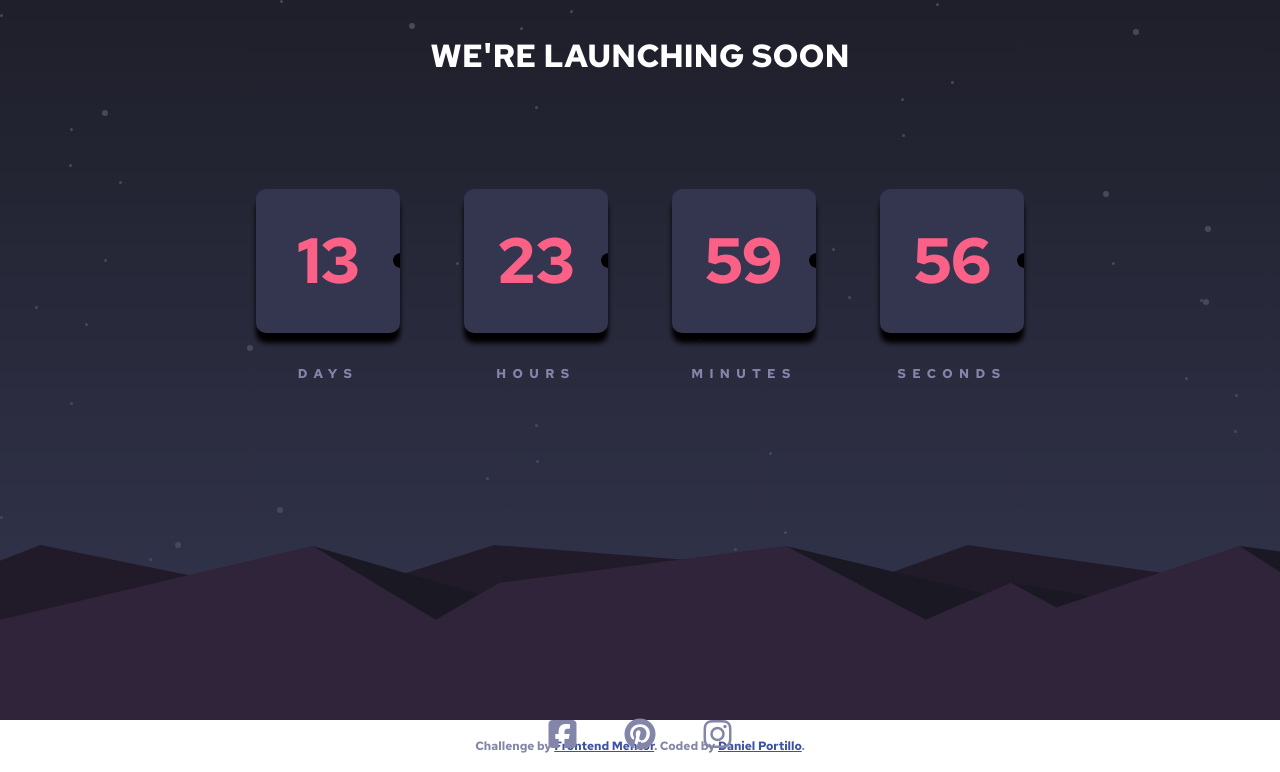
Repository: dportillo23/launch-countdown-timer-main
Page: index.html
These files come from the project's save history. The page is drawn as it stood at one moment and after the next save; the edit follows.
The browser window is 1280 px wide. The pictures show the whole page.
Some web libraries are served in a nearby version. The style sheet was rebuilt from its Sass, Less or Tailwind sources for each picture, by a compiler version that may differ from the author's.

Above is the page before, as saved 2021-06-28 17:15:19.

### index.html
<!DOCTYPE html>
<html lang="en">

<head>
  <meta charset="UTF-8">
  <meta name="viewport" content="width=device-width, initial-scale=1.0">

  <!-- displays site properly based on user's device -->
  <link rel="stylesheet" href="style.css">
  <link rel="icon" type="image/png" sizes="32x32" href="./images/favicon-32x32.png">

  <!-- Fontawesome connection -->
  <script src="https://kit.fontawesome.com/22e099610c.js" crossorigin="anonymous"></script>
  <link rel="stylesheet" href="path/to/font-awesome/css/font-awesome.min.css">

  <!-- Google fonts -->
  <link rel="preconnect" href="https://fonts.gstatic.com">
  <link href="https://fonts.googleapis.com/css2?family=Red+Hat+Text:wght@700&display=swap" rel="stylesheet">

  <title>Frontend Mentor | Launch countdown timer</title>

</head>

<body>
  <div class="header">
    <div class="container">

      <h1 class="title">We're launching soon</h1>

      <!-- Cards Section -->
      <div class="cards--section">

        <!-- Days card -->
        <div class="cards--container">
          <div class="card--number--container days" id="days">
            14
          </div>
          <h3 class="card--subtitle">Days</h3>
        </div>

        <!-- Hours card -->
        <div class="cards--container">
          <div class="card--number--container front  hours" id="hours">
            00
          </div>
          <h3 class="card--subtitle">Hours</h3>
        </div>

        <!-- Minutes card -->
        <div class="cards--container">
          <div class="card--number--container  minutes" id="minutes">
            00
          </div>
          <h3 class="card--subtitle">Minutes</h3>
        </div>

        <!-- Seconds card -->
        <div class="cards--container">
          <div class="card--number--container seconds" id="seconds">
           00
          </div>
          <h3 class="card--subtitle">Seconds</h3>
        </div>
      </div>

      <!-- Social media icons section -->
      <div class="social--container">
        <img src="./images/pattern-hills.svg" alt="hills" srcset="">
        <a href=""><i class="fab fa-facebook-square"></i></a></i><a href=""><i class="fab fa-pinterest"></i></a><a
          href=""><i class="fab fa-instagram"></i></a></div>
    </div>
  </div>

<!-- Footer -->
  <footer>
    <div class="attribution">
      Challenge by <a href="https://www.frontendmentor.io?ref=challenge" target="_blank">Frontend Mentor</a>.
      Coded by <a href="https://dportillo23.github.io/My-Personal-Site/">Daniel Portillo</a>.
    </div>
  </footer>

  <script src="app.js"></script>
</body>

</html>

### app.js
// Constants and DOM objects
const seconds = 1000;
const minutes = seconds * 60;
const hours = minutes * 60;
const days = hours * 24;

//  Timer elements
const timeDays = document.getElementById("days");
const timeHours = document.getElementById("hours");
const timeMinutes = document.getElementById("minutes");
const timeSeconds = document.getElementById("seconds");

// Cards Elements
const daysContainer = document.querySelector(".days");
const hoursContainer = document.querySelector(".hours");
const minutesContainer = document.querySelector(".minutes");
const secondsContainer = document.querySelector(".seconds");


// Functions
function difference(endTime, startTime) {
    return endTime - startTime;
}

function addLeadingZero(num) {
    if (num < 10) {
        num = "0" + num;
    }
    return num;
}


function flipCard(card) {
    card.classList.toggle("flipped");
}


//  Interval to make the countdown
var counter = 0
var leftTime = {
    d: [],
    h: [],
    m: [],
    s: [],
}

const finish = new Date();
finish.setDate(finish.getDate() + 14);

// Start countdown
setInterval(() => {
    const actualTime = new Date();
    const timeDifference = difference(finish, actualTime);

    if (counter === 0) {
        leftTime = {
            d: [Math.floor(timeDifference / days), Math.floor(timeDifference / days)],
            h: [Math.floor((timeDifference % days)/ hours ), Math.floor((timeDifference % days)/ hours )],
            m: [Math.floor((timeDifference % hours) / minutes), Math.floor((timeDifference % hours) / minutes)],
            s: [Math.floor((timeDifference % minutes) / seconds) + 1, Math.floor((timeDifference % minutes) / seconds) + 1],
        }

    } else {
        leftTime = {
            d: [Math.floor(timeDifference / days), leftTime.d[0]],
            h: [Math.floor((timeDifference % days)/ hours ), leftTime.h[0]],
            m: [Math.floor((timeDifference % hours) / minutes), leftTime.m[0]],
            s: [Math.floor((timeDifference % minutes) / seconds) + 1, leftTime.s[0]],
        }
    }


    // Add leading zero if needed
    for (const item in leftTime) {
        leftTime[item] = leftTime[item].map(num => addLeadingZero(num))
    }


    //  Change numbers in HTML
    timeDays.innerHTML = leftTime.d[0];
    timeHours.innerHTML = leftTime.h[0];
    timeMinutes.innerHTML = leftTime.m[0];
    timeSeconds.innerHTML = leftTime.s[0];

    counter += 1

    console.log(leftTime)

}, 1000);

### style.scss
*, *::before, *::after {
    box-sizing: border-box;
    margin: 0;
}

$col-ppal: hsl(237, 18%, 59%);
$col-red: hsl(345, 95%, 68%);

$col-dark: hsl(236, 21%, 26%);
$col-dark-blue: hsl(235, 16%, 14%);
$col-darker: hsl(234, 17%, 12%);

body {
    font-family: 'Red Hat Text', sans-serif;
    color: $col-ppal;
}

.header {
    min-height: 100vh;
    display: flex;
    flex-direction: column;
    justify-content: center;
    align-items: center;
    background: linear-gradient($col-dark-blue, $col-dark);
}

.container {
    min-height: 100vh;
    width: 100%;
    display: flex;
    flex-direction: column;
    justify-content: center;
    align-items: center;
    gap: 7em;
    position: relative;
    background: url('./images/bg-stars.svg');
}

.title {
    text-transform: uppercase;
    color: #fff;
}

// Cards Secition

.cards--section {
    display: flex;
    gap: 4em;
}

.cards--container {
    display: flex;
    flex-direction: column;
    gap: 2em;
    justify-content: center;
    align-items: center;
}

.card--number--container {
    display: flex;
    justify-content: center;
    align-items: center;
    padding: 1em;
    width: 2.25em;
    height: 2.25em;
    background-color: $col-dark;
    border-radius: 10px;
    box-shadow: 0 10px 5px black;
    position: relative;
    overflow: hidden;
    transition: all 0.5s ease;
    backface-visibility: hidden;
    transform: rotateX(0deg);
    color: $col-red;
    font-size: 4rem;

    &::before {
        content: attr(data-value);
        width: 100%;
        height: 100%;
        border-radius: 50%;
        color: white;
        position: absolute;

    }

    &::after {
        content: attr(data-value);
        width: 15px;
        height: 15px;
        border-radius: 50%;
        background-color: black;
        position: absolute;
        right: -7.5px;
    }
}

.card--subtitle {
    text-transform: uppercase;
    letter-spacing: 0.5em;
    font-size: 0.8em;
}

// Social media section

.social--container {
    width: 100%;
    height: 100%;
    padding-top: 10em;
    display: flex;
    align-items: center;
    justify-content: center;
    gap: 3em;
    // background: lightblue;

    img {
        width: 100%;

        position: absolute;
        z-index: 0;
        bottom: 0;
    }
}

.fab {
    position: relative;
    top: 2em;
    z-index: 1;
    font-size: 2rem;
    color:$col-ppal;

    &:hover {
        color: $col-red;
    }
}

// Footer

.attribution {
    padding: 1.5em;
    font-size: 12px; text-align: center;
    a {
        color: hsl(228, 45%, 44%);
    }
}

After the next save:
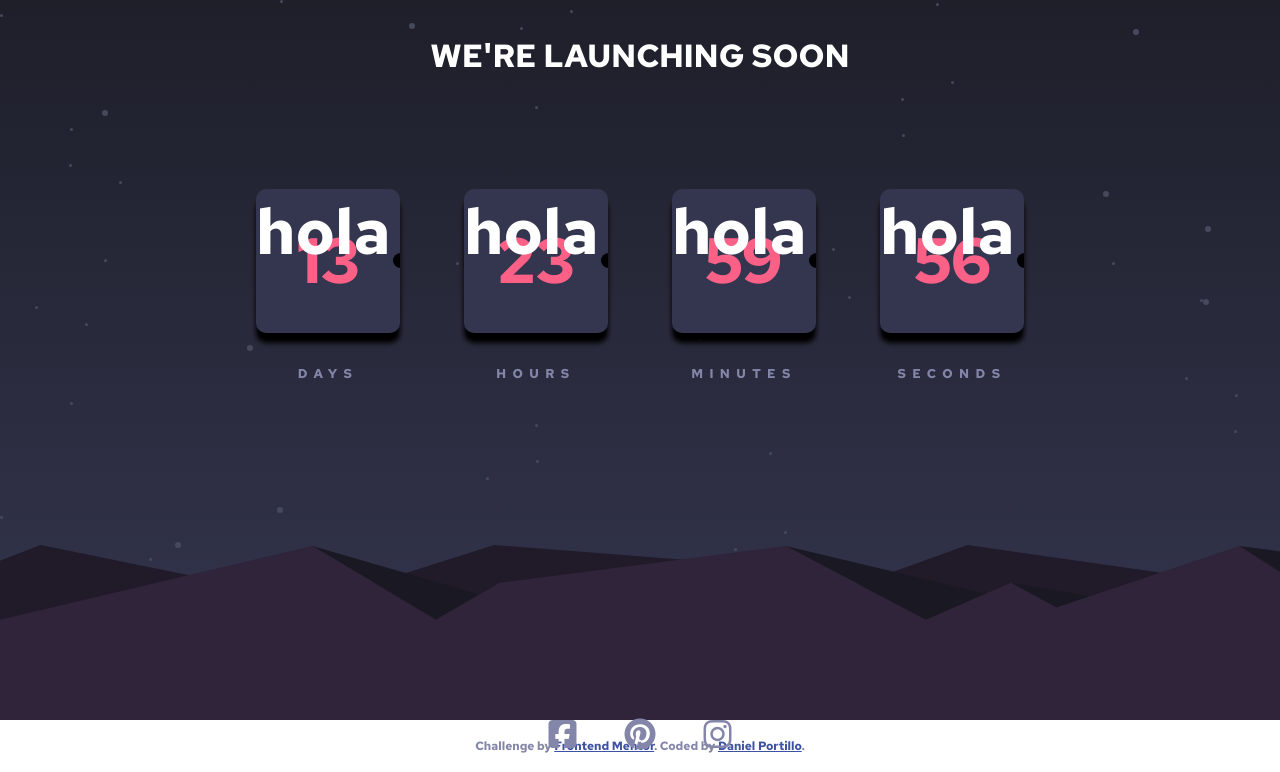
Saved 15 s later.
--- a/style.scss
+++ b/style.scss
@@ -75,12 +75,13 @@ body {
     font-size: 4rem;
 
     &::before {
-        content: attr(data-value);
+        content: "hola"attr(data-value);
         width: 100%;
         height: 100%;
         border-radius: 50%;
         color: white;
         position: absolute;
+
 
     }
 
